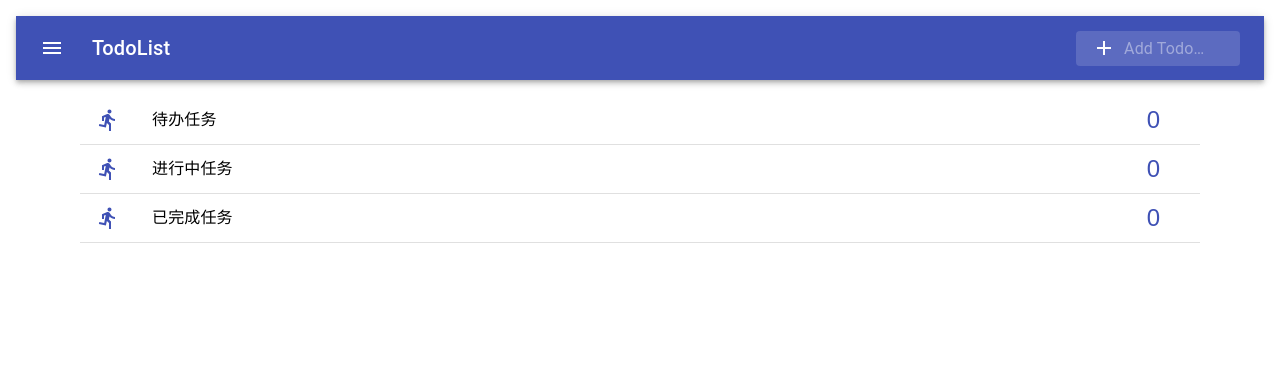
Repository: harperl71/TodoList
Page: /
These files come from the project's save history. The page is drawn as it stood at one moment and after the next save; the edit follows.
The browser window is 1280 px wide. The pictures show the whole page.
The project was rebuilt for these pictures with package versions that can differ from the ones it lists, and the page was loaded fresh each time.

Above is the page before, as saved 2021-05-21 10:05:08.

### src/App.tsx
import React from "react";
import Header from "./components/header";
import Content from "./components/content";
import Footer from "./components/footer";
import Myprovider from "./context";
import TaskItem from "./components/content/task-item";

function App() {
  return (
    <div className="APP">
      <Myprovider>
        <Header />
        <Content />
        <Footer />
        {/*  <TaskItem /> */}
      </Myprovider>
    </div>
  );
}

export default App;

### src/components/header/index.tsx
import React, { useContext } from "react";
import { MyContext } from "../../context";
import AppBar from "@material-ui/core/AppBar";
import Toolbar from "@material-ui/core/Toolbar";
import IconButton from "@material-ui/core/IconButton";
import Typography from "@material-ui/core/Typography";
import InputBase from "@material-ui/core/InputBase";
import { makeStyles, fade } from "@material-ui/core/styles";
import MenuIcon from "@material-ui/icons/Menu";
import AddIcon from "@material-ui/icons/Add";

const useStyles = makeStyles((theme) => ({
  header: {
    margin: theme.spacing(2),
    justifyContent: "space-between",
  },
  listButton: {
    marginRight: theme.spacing(2),
  },
  title: {
    flexGrow: 1,
    display: "none",
    [theme.breakpoints.up("sm")]: {
      display: "block",
    },
  },
  search: {
    position: "relative",
    borderRadius: theme.shape.borderRadius,
    backgroundColor: fade(theme.palette.common.white, 0.15),
    "&:hover": {
      backgroundColor: fade(theme.palette.common.white, 0.25),
    },
    marginLeft: 0,
    width: "100%",
    [theme.breakpoints.up("sm")]: {
      marginLeft: theme.spacing(1),
      width: "auto",
    },
  },
  addIcon: {
    padding: theme.spacing(0, 2),
    height: "100%",
    position: "absolute",
    pointerEvents: "none",
    display: "flex",
    alignItems: "center",
    justifyContent: "center",
  },
  inputRoot: {
    color: "inherit",
  },
  inputInput: {
    padding: theme.spacing(1, 1, 1, 0),
    // vertical padding + font size from searchIcon
    paddingLeft: `calc(1em + ${theme.spacing(4)}px)`,
    transition: theme.transitions.create("width"),
    width: "100%",
    [theme.breakpoints.up("sm")]: {
      width: "12ch",
      "&:focus": {
        width: "20ch",
      },
    },
  },
}));

export default function SearchAppBar() {
  const classes = useStyles();
  const { Add } = useContext(MyContext);

  const enterPress = (evt: React.SyntheticEvent) => {
    if (
      (evt as KeyboardEventInit).code === "Enter" &&
      (evt.target as HTMLInputElement).value !== ""
    ) {
      Add((evt.target as HTMLInputElement).value);
      (evt.target as HTMLInputElement).value = "";
    }
  };

  return (
    <div className={classes.header}>
      <AppBar position="static">
        <Toolbar>
          <IconButton
            edge="start"
            className={classes.listButton}
            color="inherit"
            aria-label="open drawer"
          >
            <MenuIcon />
          </IconButton>
          <Typography className={classes.title} variant="h6" noWrap>
            TodoList
          </Typography>
          <div className={classes.search}>
            <div className={classes.addIcon}>
              <AddIcon />
            </div>
            <InputBase
              placeholder="Add Todo…"
              required
              classes={{
                root: classes.inputRoot,
                input: classes.inputInput,
              }}
              onKeyPress={enterPress}
            />
          </div>
        </Toolbar>
      </AppBar>
    </div>
  );
}

### src/components/content/index.tsx
import React, { Fragment } from "react";
import TaskList from "./task-list";
import { makeStyles } from "@material-ui/core";

const useStyles = makeStyles((theme) => ({
  content: {
    margin: theme.spacing(0, 6),
    justifyContent: "center",
  },
}));

const Content = () => {
  const classes = useStyles();
  return (
    <div className={classes.content}>
      <Fragment>
        <TaskList title="待办任务" status="todo" />
        <TaskList title="进行中任务" status="doing" />
        <TaskList title="已完成任务" status="done" />
      </Fragment>
    </div>
  );
};

export default Content;

### src/components/footer/index.tsx
import React from "react";

const Footer = () => {
  return <div className="footer"></div>;
};

export default Footer;

### src/context/index.tsx
import React, { createContext, useState } from "react";

export interface TodoProps {
  id: number;
  text: string;
  status: string;
}

export interface ContextProps {
  todoList: TodoProps[];
  Add: (item: string) => void;
  Delete: (id: number) => void;
  Remove: (index: number, status: string) => void;
  Clear: () => void;
}

export const MyContext = createContext({} as ContextProps);

const Myprovider = (props: React.PropsWithChildren<{}>) => {
  const [todoList, setList] = useState<TodoProps[]>([]);

  const Add = (item: string) => {
    const listItem = {
      id: new Date().getTime(),
      text: item,
      status: "todo",
    };
    setList([...todoList, listItem]);
  };
  //console.log(...todoList);

  const Delete = (id: number) => {
    setList(todoList.filter((item) => item.id !== id));
  };

  const Remove = (index: number, status: string) => {
    if (status === "todo") {
      const listItem = Object.assign({}, todoList[index], {
        status: "doing",
      });
      const list = todoList.splice(index, 1);
      setList([...list, listItem]);
    }
    if (status === "doing") {
      const listItem = Object.assign({}, todoList[index], {
        status: "done",
      });
      const list = todoList.splice(index, 1);
      setList([...list, listItem]);
    }
  };

  const Clear = () => setList([]);

  return (
    <MyContext.Provider value={{ todoList, Add, Delete, Remove, Clear }}>
      {props.children}
    </MyContext.Provider>
  );
};

export default Myprovider;

### src/components/content/task-list/index.tsx
import React, { Fragment, useContext } from "react";
import TaskItem from "../task-item";
import { MyContext } from "../../../context";
import {
  makeStyles,
  List,
  ListItem,
  ListItemIcon,
  ListItemText,
  Divider,
  IconButton,
} from "@material-ui/core";
import DirectionsRunIcon from "@material-ui/icons/DirectionsRun";

const useStyles = makeStyles((theme) => ({
  list: {
    margin: theme.spacing(0, 4),
    justifyContent: "space-between",
    padding: 0,
  },
  listTitle: {
    justifyContent: "center",
  },
  listnum: {
    marginRight: theme.spacing(3),
    padding: 0,
    color: "secondary",
  },
}));

interface Iprops {
  title: string;
  status: string;
}

const TaskList = ({ title, status }: Iprops) => {
  const classes = useStyles();

  const { todoList } = useContext(MyContext);
  //console.log(todoList);

  return (
    <List
      className={classes.list}
      component="nav"
      aria-label="main mailbox folders"
    >
      <ListItem className="ListHeader" button>
        <ListItemIcon>
          <DirectionsRunIcon color="primary" />
        </ListItemIcon>
        <ListItemText primary={title} />
        <IconButton
          className={classes.listnum}
          color="primary"
          aria-label="list-num"
        >
          {
            todoList.filter((item) => {
              return item.status === status;
            }).length
          }
        </IconButton>
      </ListItem>
      <div>
        {/* <List className={title}>
          {todoList
            .filter((item) => {
              return item.status === status;
            })
            .map((item) => {
              return 1;
            })}

        </List> */}
        {todoList}
      </div>

      <Divider />
    </List>
  );
};

export default TaskList;

Loaded but not shown: public/index.html (common file); src/index.tsx (common file); src/index.css (common file); src/reportWebVitals.ts (common file)

After the next save:
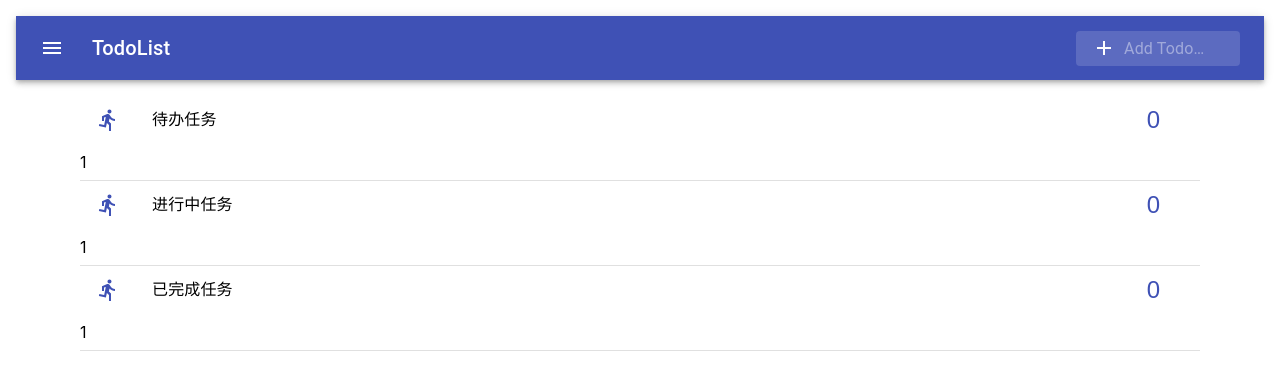
Saved 72 s later.
--- a/src/components/content/task-list/index.tsx
+++ b/src/components/content/task-list/index.tsx
@@ -63,17 +63,17 @@ const TaskList = ({ title, status }: Iprops) => {
         </IconButton>
       </ListItem>
       <div>
-        {/* <List className={title}>
-          {todoList
+        <List className={title}>
+          {/* {todoList
             .filter((item) => {
               return item.status === status;
             })
             .map((item) => {
               return 1;
             })}
-
-        </List> */}
-        {todoList}
+           */}
+          1
+        </List>
       </div>
 
       <Divider />
